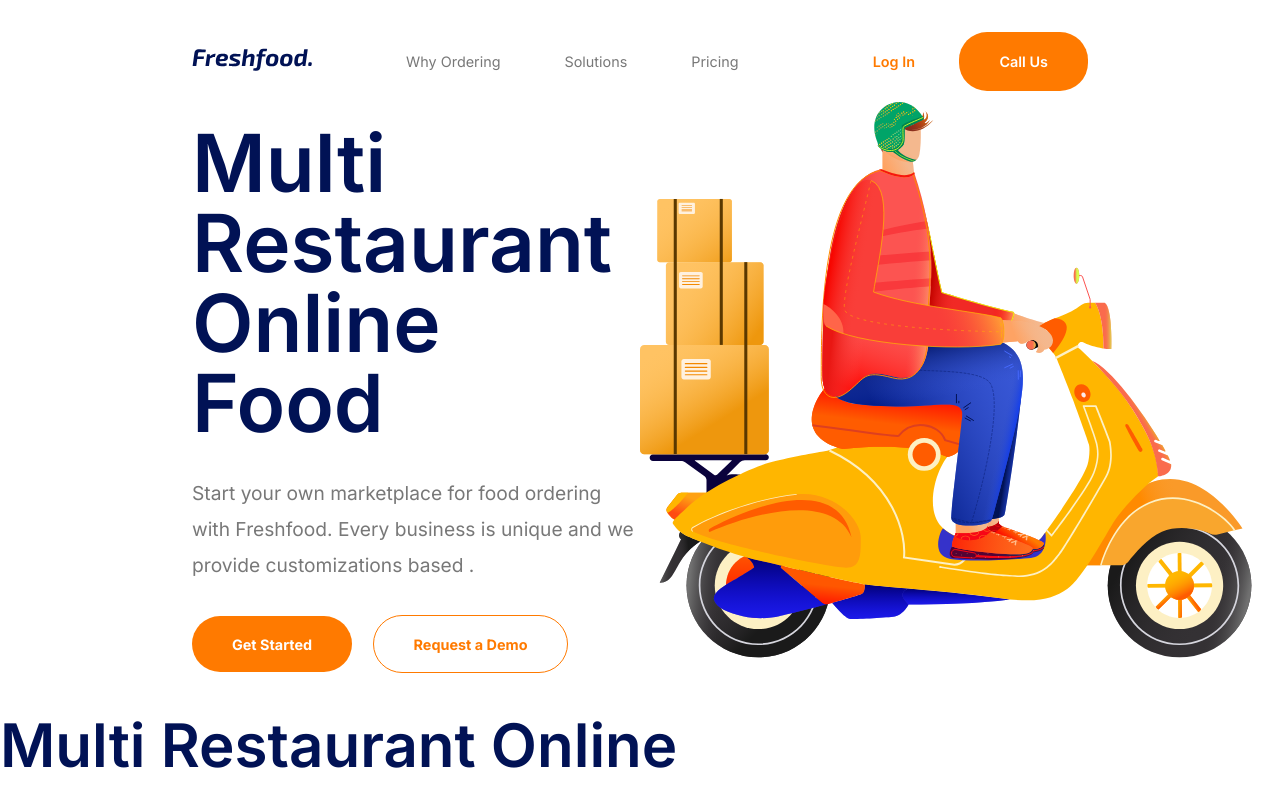
Repository: badhon252/FreshFood
Page: index.html
An editor plug-in stored every save of this project. The page is shown before and after the next save, followed by the edit.
The browser window is 1280 px wide. The pictures show the whole page.
The style sheet was rebuilt from its Sass, Less or Tailwind sources for each picture, by a compiler version that may differ from the author's.

Above is the page before, as saved 2022-09-06 00:37:08.

After the next save:
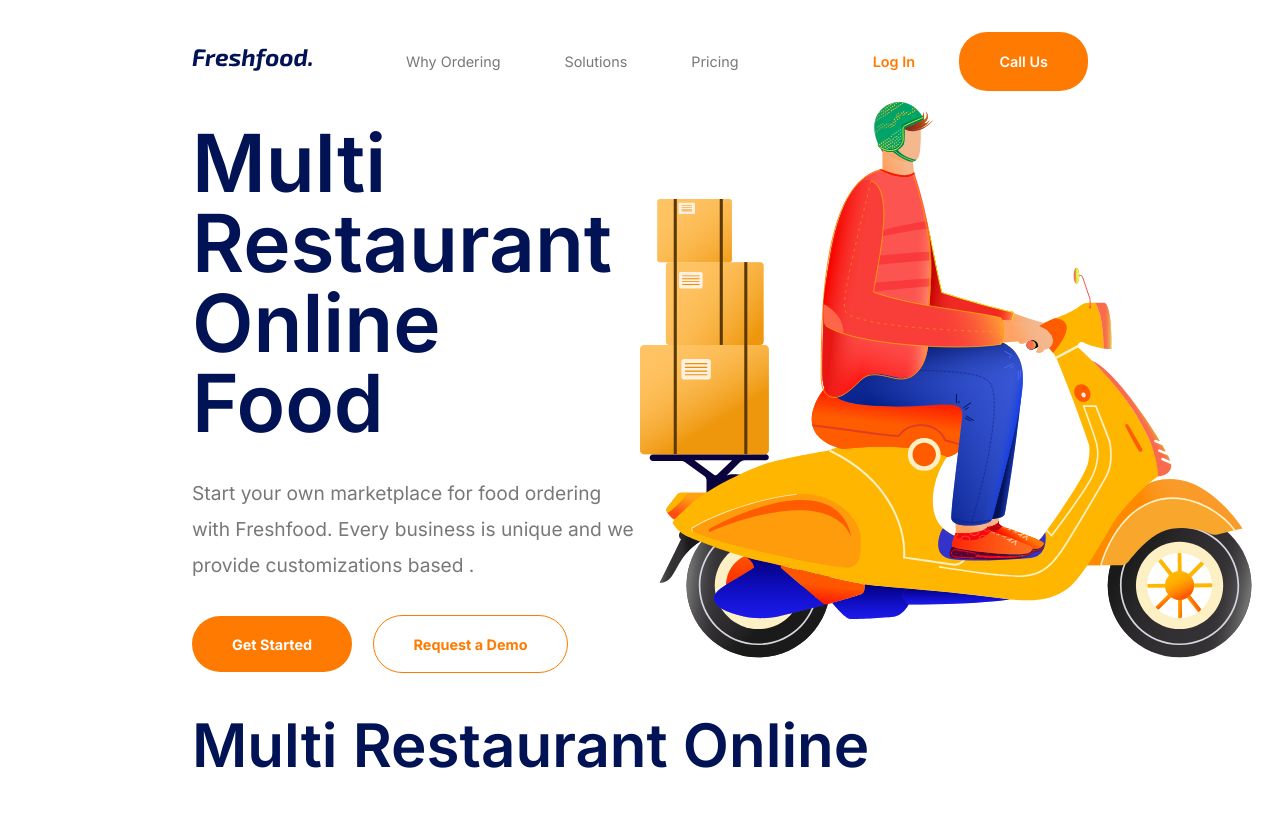
Saved 7 s later.
--- a/index.html
+++ b/index.html
@@ -44,7 +44,7 @@
 
     </header>
 
-    <section class="second-section">
+    <section class="second-section container">
         <h1>Multi Restaurant Online</h1>
     </section>
 </body>
